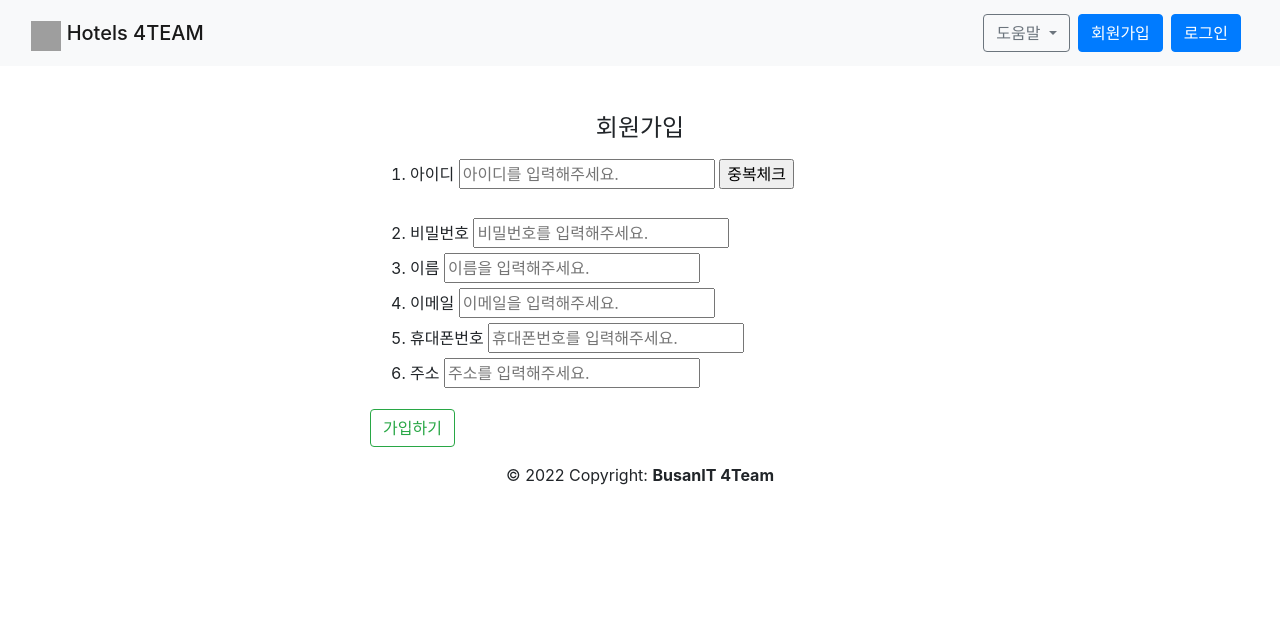
Repository: ShinKioh/Hotel_project
Page: http://localhost/HOTEL/register.jsp
An editor plug-in stored every save of this project. The page is shown before and after the next save, followed by the edit.
The browser window is 1280 px wide. The pictures show the whole page.
Pictures or frames that could not be fetched are drawn as grey boxes. The page is served by Tomcat 9. Other server files are loaded and not shown.

Above is the page before, as saved 2022-02-23 02:23:17.

### HOTEL/WebContent/register.jsp
<%@ page language="java" contentType="text/html; charset=UTF-8"
	pageEncoding="UTF-8"%>
<!DOCTYPE html>
<html>
<head>
<meta charset="UTF-8">
<link rel="stylesheet"
	href="//unpkg.com/bootstrap@4/dist/css/bootstrap.min.css">
<title>회원가입 페이지</title>
</head>
<body>
	<header>
		<nav class="navbar navbar-expand-lg navbar-light bg-light">
			<div class="container-fluid">
				<a class="navbar-brand" href="main.jsp"> <img
					src="img/premium-icon-letter-h-5540593.png" alt="" width="30"
					height="30" class="d-inline-block align-text-top"> <span
					class="navbar-brand mb-0 h1">Hotels 4TEAM</span>
				</a>
				<div class="d-flex justify-content-end">
					<div class="dropdown mr-2">
						<a class="btn btn-outline-secondary dropdown-toggle" href="#"
							role="button" id="dropdownMenuLink" data-toggle="dropdown"
							aria-expanded="false"> 도움말 </a>
						<div class="dropdown-menu" aria-labelledby="dropdownMenuLink">
							<a class="dropdown-item" href="#">공지 사항</a> <a
								class="dropdown-item" href="#">문의 사항</a> <a
								class="dropdown-item" href="#">FAQ</a>
						</div>
					</div>
					<a class="btn btn-primary mr-2" href="register?action=registerUser">회원가입</a>
					<a class="btn btn-primary mr-2" href="login.jsp">로그인</a>
				</div>
			</div>
		</nav>
	</header>
	<div class="container">
		<div class="row mt-5">
			<div class="col-md-6 mx-auto">
				<h4 class="text-center mb-3">회원가입</h4>
				<form action="<%=request.getContextPath()%>/register" method="post">
					<div class="form-group">
						<input type="hidden" name="action" value="registerUser">
					</div>
					<ol>
					<li>
						<label for="id">아이디</label> <input type="text" name="id"
							placeholder="아이디를 입력해주세요." required> <input type="button"
							onclick="sendServer()" value="중복체크">
						<div id="output"></div>
					</li>
						<script type="text/javascript">
							const input = document
									.querySelector('input[type="text"]'); // 태그타입으로 선택
							const output = document.getElementById('output');
							const request = new XMLHttpRequest(); // Ajax request 객체 생성
							function sendServer() {
								// 버튼을 누르면 실행되는 함수
								let id = input.value; // input창에 입력한 값
								let url = 'idCheck.jsp?id=' + id; // 요청할 jsp페이지 주소
								request.open('GET', url, true);
								request.send();
								request.onreadystatechange = getInfo;
							}
							function getInfo() {
								if (request.readyState == 4
										&& request.status == 200) {
									let info = request.responseText; // 요청한 결과 받기
									output.textContent = info;
								}
							};
						</script>
						<br>

					<li>
						<label for="id">비밀번호</label> <input type="text" name="password"
							placeholder="비밀번호를 입력해주세요." required><br>
					</li>
					<li>
						<label for="id">이름</label> <input type="text" name="name"
							placeholder="이름을 입력해주세요." required><br>
					</li>
					<li>
						<label for="id">이메일</label> <input type="text" name="email"
							placeholder="이메일을 입력해주세요." required><br>
					</li>
					<li>
						<label for="id">휴대폰번호</label> <input type="text" name="phone"
							placeholder="휴대폰번호를 입력해주세요." required><br>
					</li>
					<li>
						<label for="id">주소</label> <input type="text" name="address"
							placeholder="주소를 입력해주세요." required><br>
					</li>
					</ol>
					<%--가입하기 클릭시 신규회원 등록, 메인 페이지로 이동 --%>
					<button type="submit" class="btn btn-outline-success" onClick="location.href='main.jsp'">가입하기</button>
				</form>
			</div>
		</div>
	</div>
	<footer class="footer font-small black">
		<div class="footer-copyright text-center py-3">
			© 2022 Copyright: <b> BusanIT 4Team</b>
		</div>
	</footer>
</body>
</html>

After the next save:
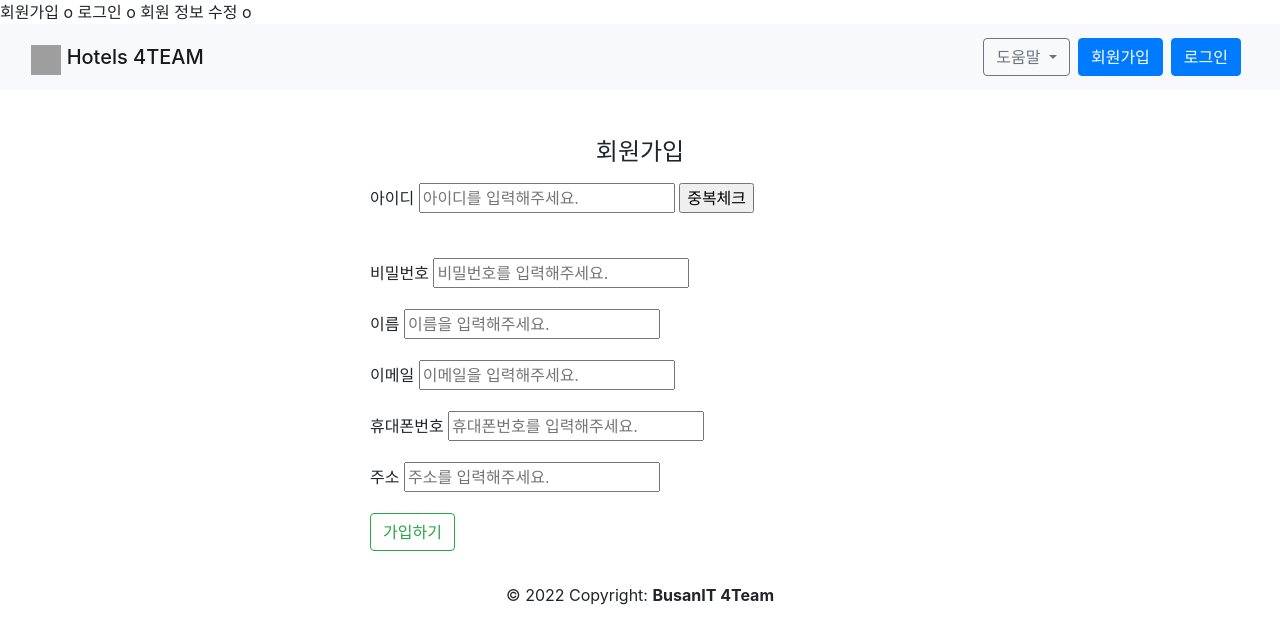
Saved 2 min 28 s later.
--- a/HOTEL/WebContent/register.jsp
+++ b/HOTEL/WebContent/register.jsp
@@ -1,3 +1,7 @@
+회원가입 o
+로그인 o
+회원 정보 수정 o
+
 <%@ page language="java" contentType="text/html; charset=UTF-8"
 	pageEncoding="UTF-8"%>
 <!DOCTYPE html>
@@ -42,13 +46,12 @@
 					<div class="form-group">
 						<input type="hidden" name="action" value="registerUser">
 					</div>
-					<ol>
-					<li>
+					<div class="form-group">
 						<label for="id">아이디</label> <input type="text" name="id"
 							placeholder="아이디를 입력해주세요." required> <input type="button"
 							onclick="sendServer()" value="중복체크">
 						<div id="output"></div>
-					</li>
+
 						<script type="text/javascript">
 							const input = document
 									.querySelector('input[type="text"]'); // 태그타입으로 선택
@@ -71,28 +74,27 @@
 							};
 						</script>
 						<br>
-
-					<li>
+					</div>
+					<div class="form-group">
 						<label for="id">비밀번호</label> <input type="text" name="password"
 							placeholder="비밀번호를 입력해주세요." required><br>
-					</li>
-					<li>
+					</div>
+					<div class="form-group">
 						<label for="id">이름</label> <input type="text" name="name"
 							placeholder="이름을 입력해주세요." required><br>
-					</li>
-					<li>
+					</div>
+					<div class="form-group">
 						<label for="id">이메일</label> <input type="text" name="email"
 							placeholder="이메일을 입력해주세요." required><br>
-					</li>
-					<li>
+					</div>
+					<div class="form-group">
 						<label for="id">휴대폰번호</label> <input type="text" name="phone"
 							placeholder="휴대폰번호를 입력해주세요." required><br>
-					</li>
-					<li>
+					</div>
+					<div class="form-group">
 						<label for="id">주소</label> <input type="text" name="address"
 							placeholder="주소를 입력해주세요." required><br>
-					</li>
-					</ol>
+					</div>
 					<%--가입하기 클릭시 신규회원 등록, 메인 페이지로 이동 --%>
 					<button type="submit" class="btn btn-outline-success" onClick="location.href='main.jsp'">가입하기</button>
 				</form>
